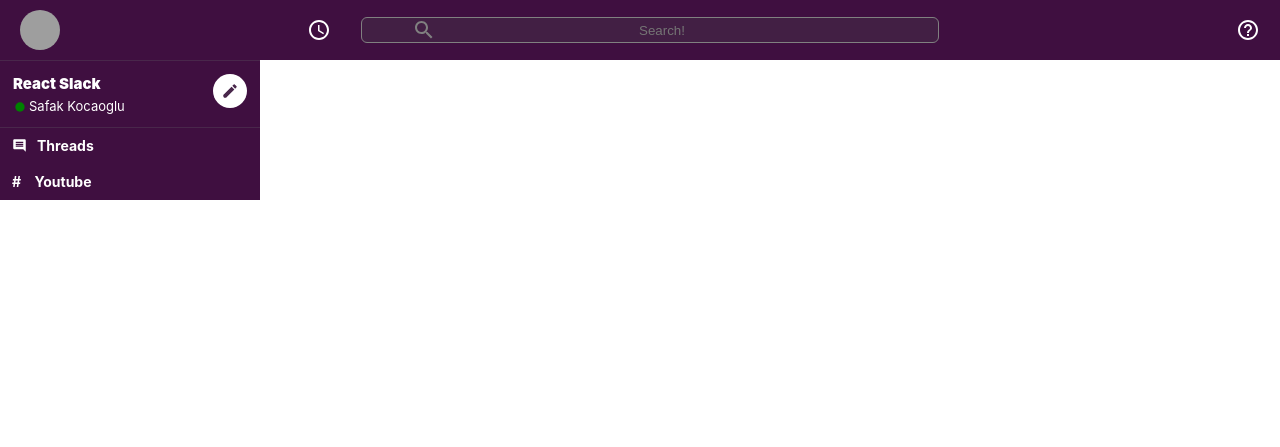
Repository: mminhaz93/React-Slack-Clone
Page: /
An editor plug-in stored every save of this project. The page is shown before and after the next save, followed by the edit.
The browser window is 1280 px wide. The pictures show the whole page.
Pictures or frames that could not be fetched are drawn as grey boxes. The project was rebuilt for these pictures with package versions that can differ from the ones it lists, and the page was loaded fresh each time.

Above is the page before, as saved 2020-08-13 21:26:24.

After the next save:
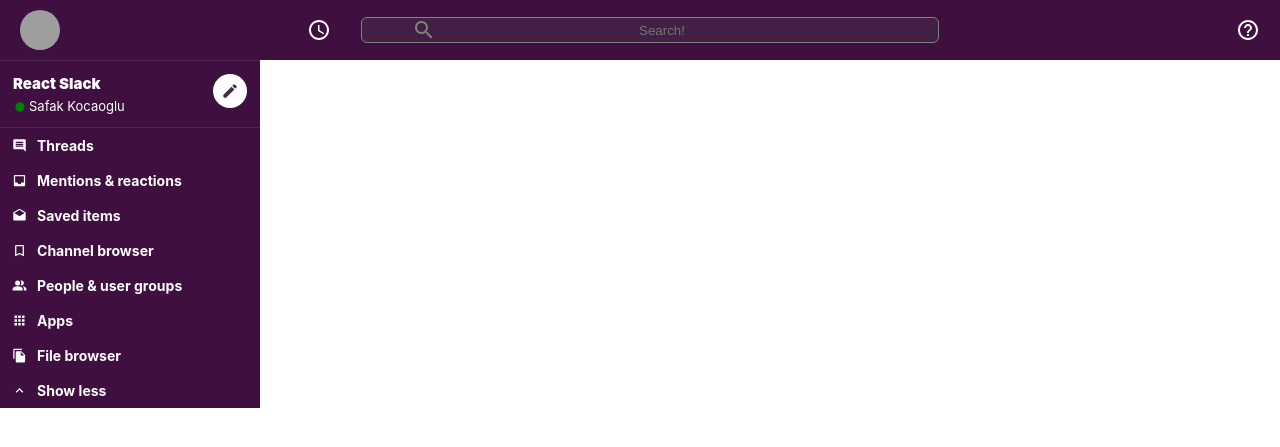
Saved 2 min 4 s later.
--- a/src/components/Sidebar.js
+++ b/src/components/Sidebar.js
@@ -28,7 +28,13 @@
         <Create />
       </div>
       <SidebarOption Icon={InsertComment} title="Threads" />
-      <SidebarOption title="Youtube" />
+      <SidebarOption Icon={Inbox} title="Mentions & reactions" />
+      <SidebarOption Icon={Drafts} title="Saved items" />
+      <SidebarOption Icon={BookmarkBorder} title="Channel browser" />
+      <SidebarOption Icon={PeopleAlt} title="People & user groups" />
+      <SidebarOption Icon={Apps} title="Apps" />
+      <SidebarOption Icon={FileCopy} title="File browser" />
+      <SidebarOption Icon={ExpandLess} title="Show less" />
     </div>
   );
 };
